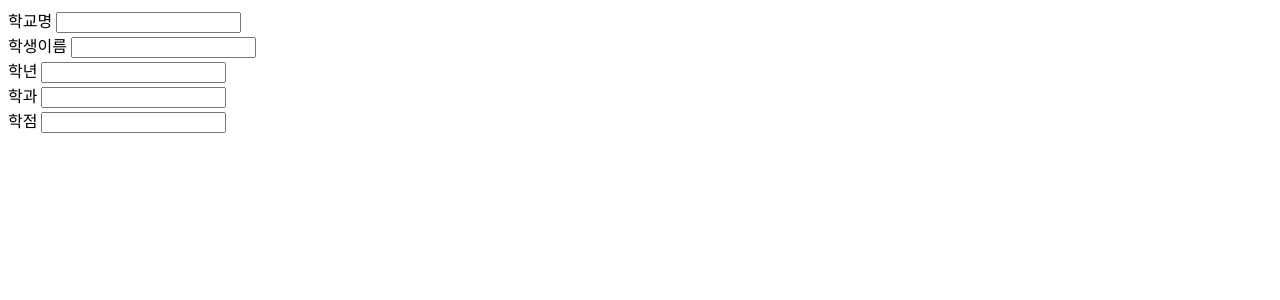
Repository: uni0415/JavaStudy_8452
Page: http://localhost/JspStudy_8452/study/student1/view/input.jsp
These files come from the project's save history. The page is drawn as it stood at one moment and after the next save; the edit follows.
The browser window is 1280 px wide. The pictures show the whole page.
The page is served by Tomcat 9. Nobody is signed in. The application's start-up code is not run.

Above is the page before, as saved 2022-04-07 00:23:34.

After the next save:
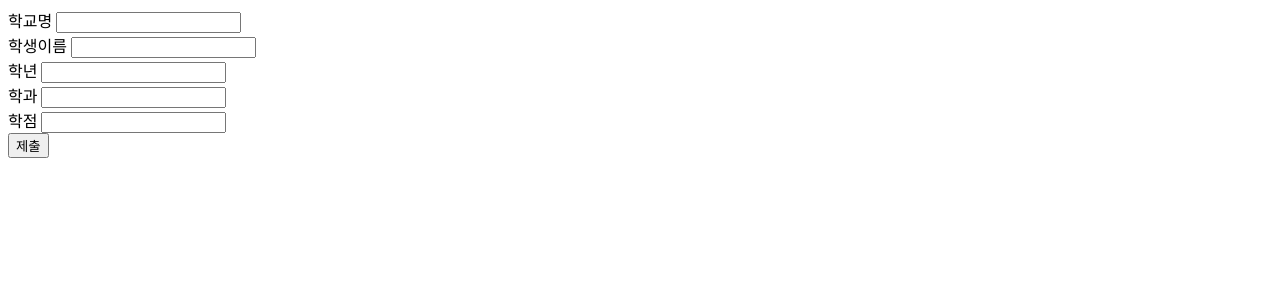
Saved 10 s later.
--- a/JspStudy_8452/src/main/webapp/study/student1/view/input.jsp
+++ b/JspStudy_8452/src/main/webapp/study/student1/view/input.jsp
@@ -17,5 +17,6 @@
 	<input type="text" name="department"><br>
 	<label>학점</label>
 	<input type="text" name="grade"><br>
+	<button>제출</button>
 </body>
 </html>
